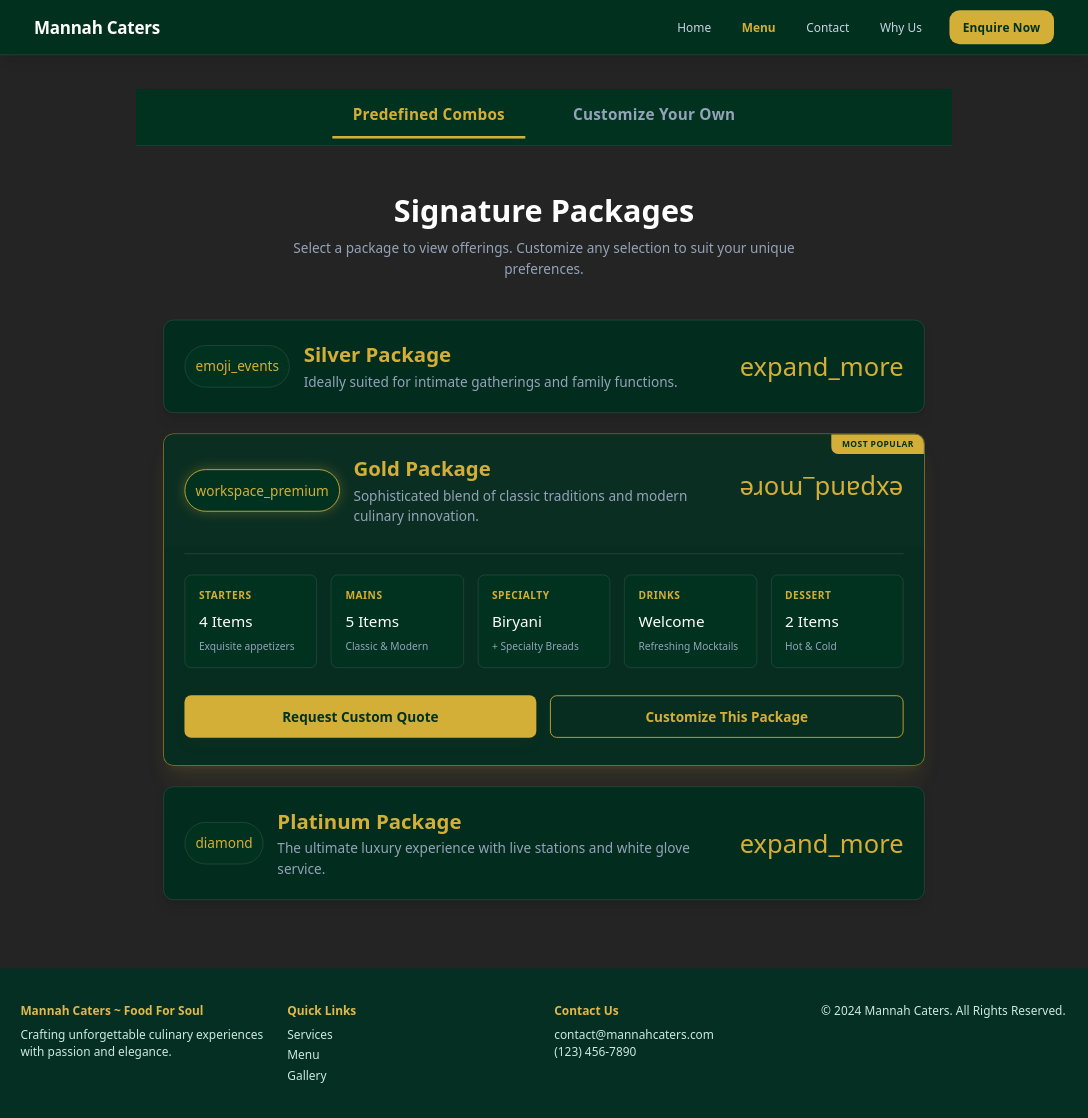
Repository: B-U-G-Freelancers/mannah_caterers
Page: /menu
The author's editor kept a copy of each file at every save. The page is drawn from the files as they stood at one save, then again after the next save.
The browser window is 1280 px wide. The pictures show the whole page, at 85% of full size.
The project was rebuilt for these pictures with package versions that can differ from the ones it lists, and the page was loaded fresh each time. Some packages were replaced by stand-ins written for this rebuild. Also part of the build but not shown: vite.config.js, src/pages/Home.jsx, src/components/MenuItem.jsx, src/components/CartSideBar.jsx, src/components/CustomizeView.jsx, src/pages/Contact.jsx, src/pages/Why.jsx.

Above is the page before, as saved 2025-12-17 13:46:21.

After the next save:
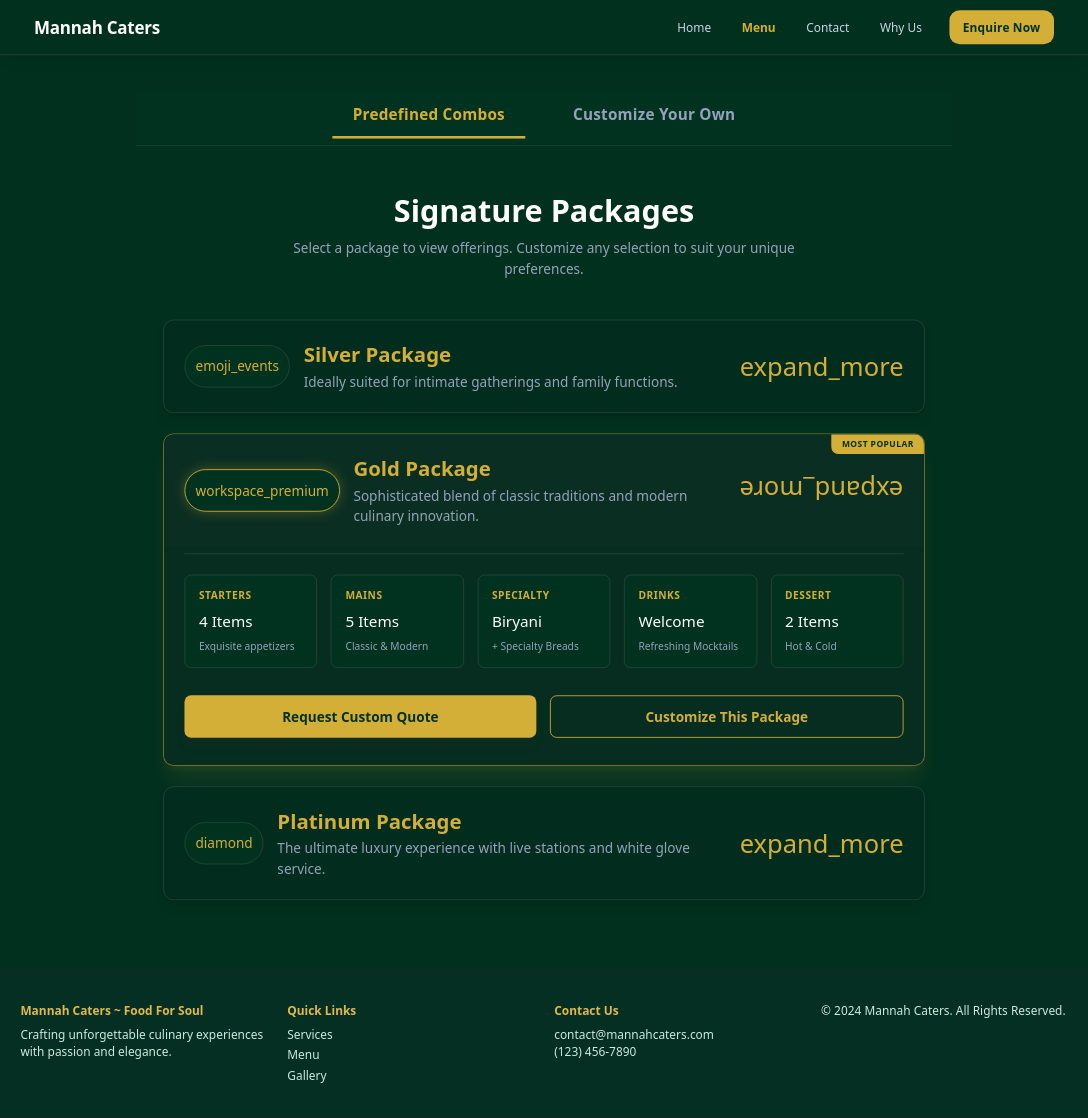
Saved 4 s later.
--- a/src/pages/Menu.jsx
+++ b/src/pages/Menu.jsx
@@ -17,7 +17,7 @@ const Menu = () => {
     <div className="min-h-screen flex flex-col">
 
 
-      <main className="flex-1 flex flex-col items-center pb-20 px-4 sm:px-10 lg:px-40 pt-10 bg-#02301f]">
+      <main className="flex-1 flex flex-col items-center pb-20 px-4 sm:px-10 lg:px-40 pt-10 bg-[#02301f]">
         <div className="w-full max-w-[1200px] flex flex-col gap-8">
 
           {/* Tabs */}
